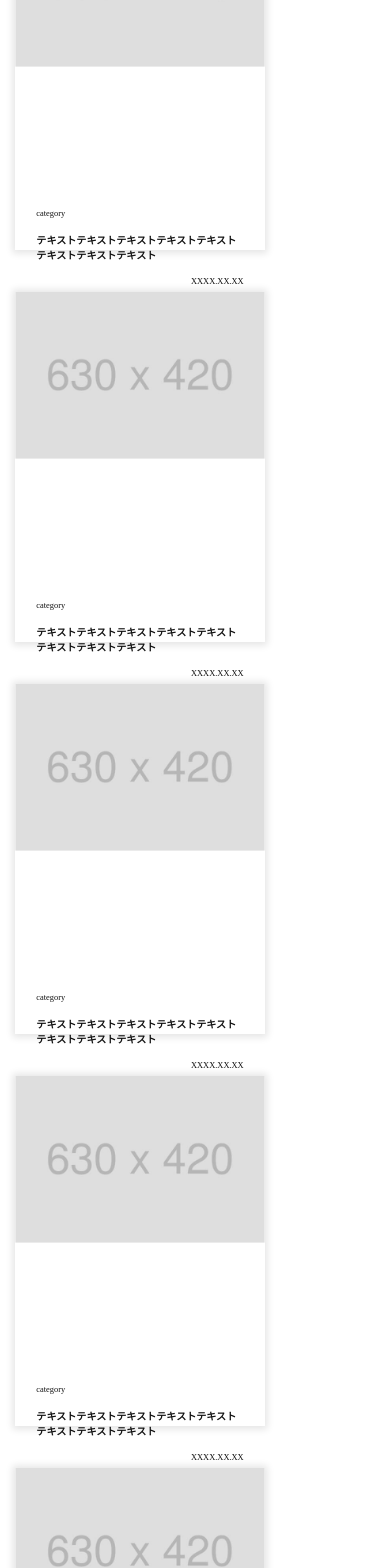
Repository: n19880405nick/challenge
Page: Codestep/Sneakers/sneakers.html
The author's editor kept a record of every edit. The page is drawn from the files as they stood at one moment, then again after the next edit.
The browser window is 375 px wide. The page is 400 px wide, then 550 px, so the pictures cover 550 px, including what lies to the right of the window. The pictures show the part of the page from y = 1673 to 3913 px (the page is 11708 px tall before and 7388 px after), at 70% of full size.
Some web libraries are served in a nearby version.

Above is the page before.

After the next edit:
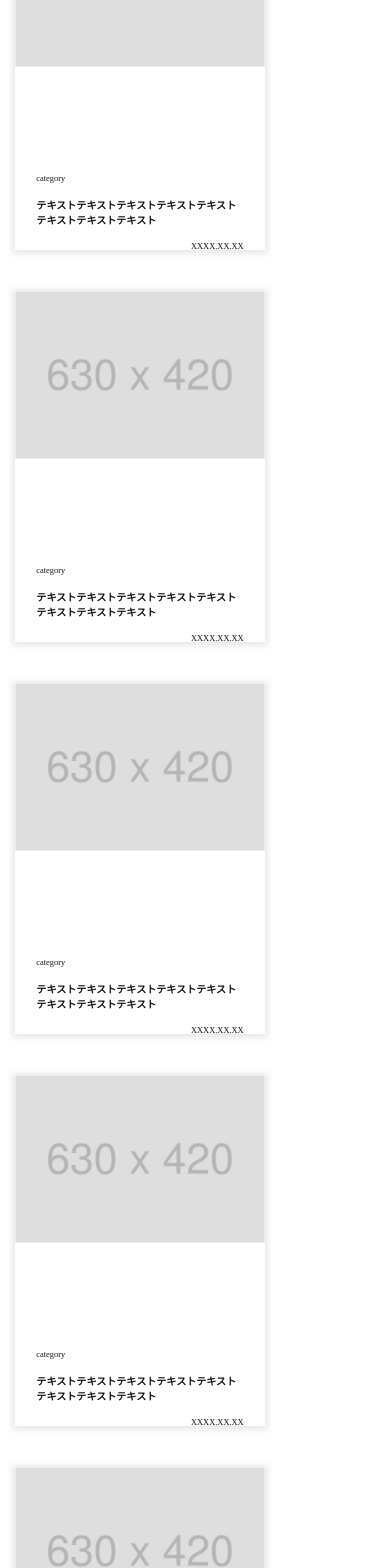
The edit:
--- a/Codestep/Sneakers/sneakers.css
+++ b/Codestep/Sneakers/sneakers.css
@@ -287,6 +287,10 @@
   }
 
   .feature-texts{
-    margin-top: 400px;
-  }
-}
+    margin-top: 350px;
+  }
+
+  .contact-contents{
+    flex-direction: column;
+  }
+}
